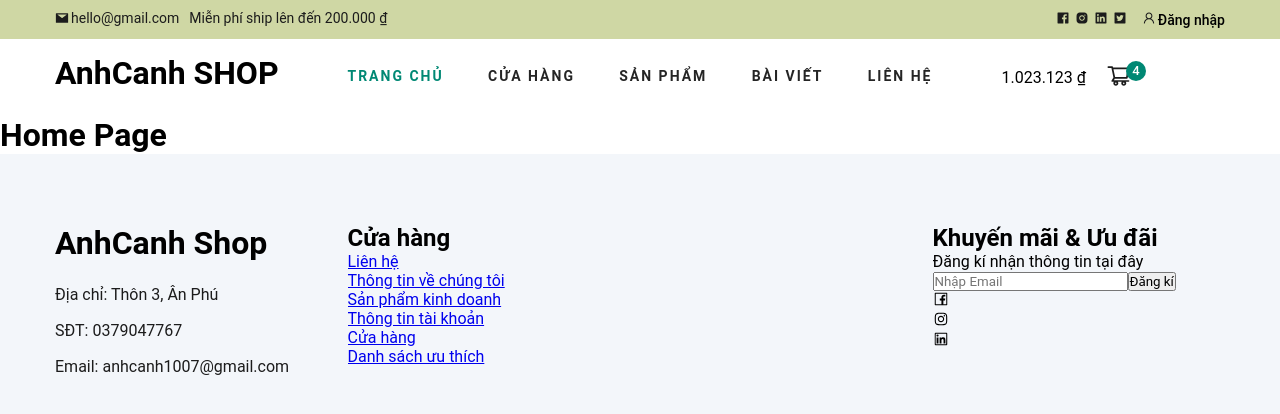
Repository: anhcanh1007/show_product
Page: /
These files come from the project's save history. The page is drawn as it stood at one moment and after the next save; the edit follows.
The browser window is 1280 px wide. The pictures show the whole page.
The project was rebuilt for these pictures with package versions that can differ from the ones it lists, and the page was loaded fresh each time. Imported but missing from the stored project, and not drawn on this page: src/pages/user/profilePage.

Above is the page before, as saved 2024-01-26 23:02:25.

### src/index.js
import React from "react";
import ReactDOM from "react-dom/client";
import { BrowserRouter } from "react-router-dom";
import RouterCustom from "./router";
import "./style/style.scss";

const root = ReactDOM.createRoot(document.getElementById("root"));
root.render(
  <BrowserRouter>
    <RouterCustom />
  </BrowserRouter>
);

// If you want to start measuring performance in your app, pass a function
// to log results (for example: reportWebVitals(console.log))
// or send to an analytics endpoint. Learn more: https://bit.ly/CRA-vitals

### src/router.js
import { ROUTERS } from "./utils/router";
import HomePage from "./pages/user/homePage";
import ProfilePage from "./pages/user/profilePage";
import { Route, Routes } from "react-router-dom";
import MasterLayout from "./pages/user/theme/masterLayout";

const renderUserRouter = () => {
  const userRouters = [
    {
      path: ROUTERS.USER.HOME,
      component: <HomePage />,
    },
    {
      path: ROUTERS.USER.PROFILE,
      component: <ProfilePage />,
    },
  ];

  return (
    <MasterLayout>
      <Routes>
        {userRouters.map((item, key) => (
          <Route key={key} path={item.path} element={item.component} />
        ))}
      </Routes>
    </MasterLayout>
  );
};

const RouterCustom = () => {
  return renderUserRouter();
};

export default RouterCustom;

### src/style/style.scss
@import './pages/all';
@import './pages/responsive';

### src/utils/router.js
export const ROUTERS = {
  USER: {
    HOME: "",
    PROFILE: "thong-tin-ca-nhan",
  },
};

### src/pages/user/homePage/index.js
import { memo } from "react";

const HomePage = () => {
  return <h1>Home Page</h1>;
};

export default memo(HomePage);

### src/pages/user/theme/masterLayout/index.js
import { memo } from "react";
import Header from "../header";
import Footer from "../footer";

const MasterLayout = ({ children, ...props }) => {
  return (
    <div {...props}>
      <Header />
      {children}
      <Footer />
    </div>
  );
};

export default memo(MasterLayout);

### src/style/pages/_all.scss
@use "sass:map";
@import './theme';
@import './responsive';

html, body {
    margin: 0;
}

* {
    font-family: Roboto;
    padding: 0;
    margin: 0;
}

.container {
    max-width: 1170px;
    width: 100%;
    padding-left: 15px;
    padding-right: 15px;
    // background: map.get($theme-colors, "main");
    margin: auto;
}

.row {
    display: flex;
    flex-wrap: wrap;
}

.col-6 {
    flex: 0 0 50%;
    max-width: 50%;
}

.col-lg-3 {
    flex: 0 0 25%;
    max-width: 25%;
}

.col-lg-6 {
    flex: 0 0 50%;
    max-width: 50%;
}

@include Responsive($DESTOP) {
    .col-xl-3 {
        flex: 0 0 25%;
        max-width: 25%;
    }
    .col-xl-6 {
        flex: 0 0 50%;
        max-width: 50%;
    }
}

@include Responsive($MEDIUM_DEVICE) {
    .col-lg-3 {
        flex: 0 0 25%;
        max-width: 25%;
        background: red;
    }
}

### src/style/pages/_theme.scss
$theme-colors : (
    "main" : #008874,
    "normal_text": #1c1c1c,
    "bold_text": #252525,
)

### src/style/pages/_responsive.scss
$DESTOP: "DESTOP";
$MEDIUM_DEVICE: "MEDIUM_DEVICE";
$TABLE_DEVICE: "TABLE_DEVICE";
$WIDE_MOBILE: "WIDE_MOBILE";
$SMALL_DEVICES: "SMALL_DEVICES";

@mixin Responsive($canvas) {
    @if $canvas == $DESTOP {
        @media only screen and (min-width: 1200px){
            @content;
        }
    } @else if $canvas == $MEDIUM_DEVICE {
        @media only screen and (min-width: 992px) and (max-width: 1199px){
            @content;
        }
    } @else if $canvas == $TABLE_DEVICE {
        @media only screen and (min-width: 768px) and (max-width: 991px){
            @content;
        }
    } @else if $canvas == $WIDE_MOBILE {
        @media only screen and (max-width: 767px){
            @content;
        }
    } @else if $canvas == $MEDIUM_DEVICE {
        @media only screen and (max-width: 575px){
            @content;
        }
    }
}

### src/pages/user/theme/header/index.js
import { memo, useState } from "react";
import {
  AiFillFacebook,
  AiFillInstagram,
  AiFillLinkedin,
  AiFillMail,
  AiFillTwitterSquare,
  AiOutlineShoppingCart,
  AiOutlineUser,
} from "react-icons/ai";
import "./style.scss";
import { Link } from "react-router-dom";
import { formater } from "utils/formater";
import { ROUTERS } from "utils/router";

const Header = () => {
  const [menus, setMenus] = useState([
    {
      name: "Trang chủ",
      path: ROUTERS.USER.HOME,
    },
    {
      name: "Cửa hàng",
      path: ROUTERS.USER.HOME,
    },
    {
      name: "Sản phẩm",
      path: "",
      isShowSubmenu: false,
      child: [
        {
          name: "Thịt",
          path: "",
        },
        {
          name: "Rau củ",
          path: "",
        },
        {
          name: "Thức ăn nhanh",
          path: "",
        },
      ],
    },
    {
      name: "Bài viết",
      path: ROUTERS.USER.HOME,
    },
    {
      name: "Liên hệ",
      path: ROUTERS.USER.HOME,
    },
  ]);
  return (
    <>
      <div className="header__top">
        <div className="container">
          <div className="row">
            <div className="col-6 header__top_left">
              <ul>
                <li>
                  <AiFillMail />
                  <span>hello@gmail.com</span>
                </li>
                <li>Miễn phí ship lên đến {formater(200000)}</li>
              </ul>
            </div>
            <div className="col-6 header__top_right">
              <ul>
                <li>
                  <Link to={""}>
                    <AiFillFacebook />
                  </Link>
                </li>
                <li>
                  <Link to={""}>
                    <AiFillInstagram />
                  </Link>
                </li>
                <li>
                  <Link to={""}>
                    <AiFillLinkedin />
                  </Link>
                </li>
                <li>
                  <Link to={""}>
                    <AiFillTwitterSquare />
                  </Link>
                </li>
                <li>
                  <Link to={""}>
                    <AiOutlineUser />
                  </Link>
                  <span>Đăng nhập</span>
                </li>
              </ul>
            </div>
          </div>
        </div>
      </div>
      <div className="container">
        <div className="row">
          <div className="col-xl-3">
            <div className="header__logo">
              <h1>AnhCanh SHOP</h1>
            </div>
          </div>
          <div className="col-xl-6">
            <nav className="header__menu">
              <ul>
                {menus?.map((menu, menuKey) => (
                  <li key={menuKey} className={menuKey === 0 ? "active" : ""}>
                    <Link to={menu.path}>{menu.name}</Link>
                    {menu.child && (
                      <ul className="header__menu_dropdown">
                        {menu.child.map((childItem, childKey) => (
                          <li key={`${menuKey}-${childKey}`}>
                            <Link to={childItem.path}>{childItem.name}</Link>
                          </li>
                        ))}
                      </ul>
                    )}
                  </li>
                ))}
              </ul>
            </nav>
          </div>
          <div className="col-xl-3">
            <div className="header__cart">
              <div className="header__cart_price">
                <span>{formater(1023123)}</span>
              </div>
              <ul>
                <li>
                  <Link to="#">
                    <AiOutlineShoppingCart /> <span>4</span>
                  </Link>
                </li>
              </ul>
            </div>
          </div>
        </div>
      </div>
    </>
  );
};

export default memo(Header);

### src/pages/user/theme/footer/index.js
import { memo } from "react";
import "./style.scss";
import { Link } from "react-router-dom";
import {
  AiOutlineFacebook,
  AiOutlineInstagram,
  AiOutlineLinkedin,
} from "react-icons/ai";

const Footer = () => {
  return (
    <>
      <footer className="footer">
        <div className="container">
          <div className="row">
            <div className="col-lg-3">
              <div className="footer__about">
                <h1 className="footer__about_logo">AnhCanh Shop</h1>
                <ul>
                  <li>Địa chỉ: Thôn 3, Ân Phú</li>
                  <li>SĐT: 0379047767</li>
                  <li>Email: anhcanh1007@gmail.com</li>
                </ul>
              </div>
            </div>
            <div className="col-lg-6">
              <div className="footer__widget">
                <h2>Cửa hàng</h2>
                <ul>
                  <li>
                    <Link to="">Liên hệ</Link>
                  </li>
                  <li>
                    <Link to="">Thông tin về chúng tôi</Link>
                  </li>
                  <li>
                    <Link to="">Sản phẩm kinh doanh</Link>
                  </li>
                </ul>
                <ul>
                  <li>
                    <Link to="">Thông tin tài khoản</Link>
                  </li>
                  <li>
                    <Link to="">Cửa hàng</Link>
                  </li>
                  <li>
                    <Link to="">Danh sách ưu thích</Link>
                  </li>
                </ul>
              </div>
            </div>
            <div className="col-lg-3">
              <div className="footer__widget">
                <h2>Khuyến mãi & Ưu đãi</h2>
                <p>Đăng kí nhận thông tin tại đây</p>
                <form action="#">
                  <div>
                    <input type="text" placeholder="Nhập Email" />
                    <button type="submit" className="submit-button">
                      Đăng kí
                    </button>
                  </div>
                  <div>
                    <div>
                      <AiOutlineFacebook />
                    </div>
                    <div>
                      <AiOutlineInstagram />
                    </div>
                    <div>
                      <AiOutlineLinkedin />
                    </div>
                  </div>
                </form>
              </div>
            </div>
          </div>
        </div>
      </footer>
    </>
  );
};

export default memo(Footer);

### src/pages/user/theme/header/style.scss
@use "sass:map";
@import 'style/pages/_theme.scss';
.header__top{
    background-color: #CFD7A4;
}

.header__top_left {
    padding: 10px 0 10px;
    ul {
        display: flex;
        align-items: center;
        column-gap: 10px;
        list-style: none;

        li{
            font-size: 14px;
            color: map.get($theme-colors, "normal_text");
            display: flex;
            align-items: center;
            column-gap: 2px;
        }
    }
}

.header__top_right {
    display: flex;
    justify-content: flex-end;
    padding: 10px 0 10px;
    align-items: center;

    ul {
        display: flex;
        column-gap: 5px;
        list-style: none;

        li:last-child{
            margin-left: 10px;

            span {
                font-size: 14px;
                margin-left: 2px;
                font-weight: 500;
            }
        }

        a {
            font-size: 14px;
            display: inline-block;
            color: map.get($theme-colors, "normal_text");
        }
    }
}

.header__logo {
    padding: 15px 0;
}

.header__menu {
    padding: 24px 0;

    ul {
        display: flex;
        justify-content: space-between;

        li {
            list-style: none;

            a {
                text-decoration: none;
                font-size: 14px;
                color: map.get($theme-colors, 'bold_text');
                font-weight: bold;
                text-transform: uppercase;
                letter-spacing: 2px;
                transition: all 0.3s;
                padding: 5px 0;
                display: block;
            }
        }

        li:hover .header__menu_dropdown {
            opacity: 1;
            visibility: visible;
        }

        .active a{
            color: map.get($theme-colors, 'main');
        }

        .header__menu_dropdown {
            background-color: #222222;
            display: block;
            position: absolute;
            width: 180px;
            z-index: 9;
            padding: 5px 0;
            transition: all, 0.3s;
            opacity: 0;
            visibility: hidden;

            a{
                text-transform: capitalize;
                color: #ffffff;
                font-weight: 400;
                padding: 5px 15px;
            }

            :hover {
                color: map.get($theme-colors, 'main');
            }
        }
    }
}

.header__cart {
    display: flex;
    justify-content: center;
    align-items: center;
    padding: 24px 0;

    ul {
        display: flex;
        margin-right: 25px;

        li {
            list-style: none;
            position: relative;
            margin-left: 20px;

            svg {
                font-size: 25px;
                color: map.get($theme-colors, "normal_text");
            }

            span {
                color: white;
                background-color: map.get($theme-colors, "main");
                position: absolute;
                height: 20px;
                width: 20px;
                border-radius: 40px;
                display: inline-block;
                text-align: center;
                line-height: 20px;
                font-size: 13px;
                font-weight: 500;
                left: 20px;
                top: -2px;
            }
        }
    }

}

### src/utils/formater.js
export const formater = (number) => {
  return new Intl.NumberFormat("vi-VN", {
    style: "currency",
    currency: "VND",
  }).format(number);
};

### src/pages/user/theme/footer/style.scss
@use "sass:map";
@import 'style/pages/_theme.scss';

.footer {
    background: #F3F6FA;
    padding-top: 70px;
    padding-bottom: 0;
    .footer__about {
        margin-bottom: 30px;

        .footer__about_logo {
            margin-bottom: 15px;
            display: inline-block;
        }

        ul {

            li {
                list-style: none;
                color: map.get($theme-colors, 'normal_text');
                font-style: 16px;
                line-height: 36px;
            }
        }
    }

    .footer__widget {
        margin-bottom: 30px;
        overflow: hidden;


    }
}

Loaded but not shown: public/index.html (common file)

After the next save:
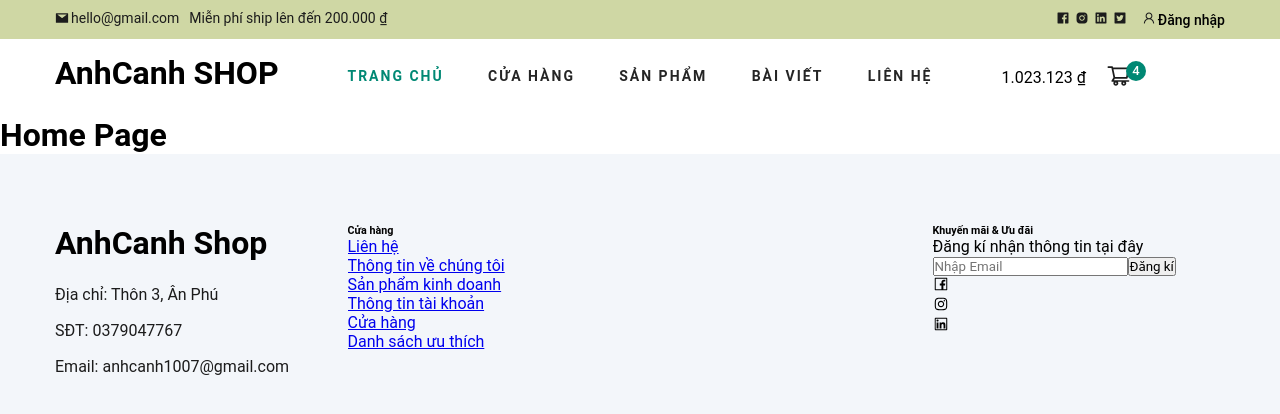
Saved 14 s later.
--- a/src/pages/user/theme/footer/index.js
+++ b/src/pages/user/theme/footer/index.js
@@ -25,7 +25,7 @@ const Footer = () => {
             </div>
             <div className="col-lg-6">
               <div className="footer__widget">
-                <h2>Cửa hàng</h2>
+                <h6>Cửa hàng</h6>
                 <ul>
                   <li>
                     <Link to="">Liên hệ</Link>
@@ -52,7 +52,7 @@ const Footer = () => {
             </div>
             <div className="col-lg-3">
               <div className="footer__widget">
-                <h2>Khuyến mãi & Ưu đãi</h2>
+                <h6>Khuyến mãi & Ưu đãi</h6>
                 <p>Đăng kí nhận thông tin tại đây</p>
                 <form action="#">
                   <div>
